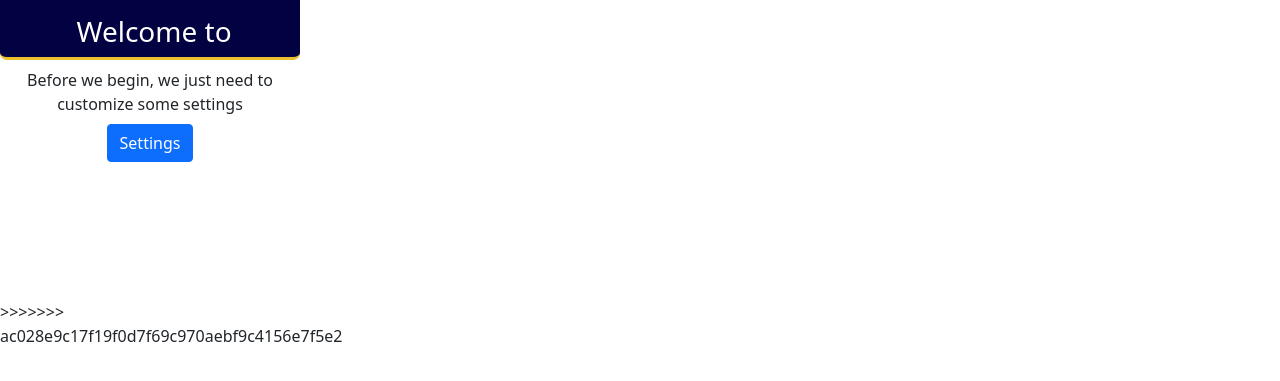
Repository: EvanHughes-dev/StemChronos
Page: StemChronos2.0/Welcome/Welcome.html
An editor plug-in stored every save of this project. The page is shown before and after the next save, followed by the edit.
The browser window is 1280 px wide. The pictures show the whole page.

Above is the page before, as saved 2024-04-23 15:34:34.

### StemChronos2.0/Welcome/Welcome.html
<!Doctype html>
<!--Greeting doc for someone's first time'-->
<html>

<head>
    <meta http-equiv="Content-Security-Policy" content="script-src 'self'; script-src-elem 'self'">
    <link href="welcome.css" rel="stylesheet" type="text/css">
    <link href="../index.css" rel="stylesheet" type="text/css">

    <link href="https://cdn.jsdelivr.net/npm/bootstrap@5.0.2/dist/css/bootstrap.min.css" rel="stylesheet" integrity="sha384-EVSTQN3/azprG1Anm3QDgpJLIm9Nao0Yz1ztcQTwFspd3yD65VohhpuuCOmLASjC" crossorigin="anonymous">
</head>


<body>
    <div class="WelcomeOBJ">
        <center>
            <div name="Header" class="title-row">
                <div>
                    <div class="fs-3 ms-2 mb-2 text-white">Welcome to Chronos</div>
                </div>
            </div>


            <div class="fs-6 my-2 mx-3">

                <div>Before we begin, we just need to customize some settings</div>

                <button id="SettingsBTN" class="btn btn-primary mt-2"> Settings</button>
            </div>
        </center>
    </div>

</body>

<script src="Welcome.js"></script>
>>>>>>> ac028e9c17f19f0d7f69c970aebf9c4156e7f5e2
</html>

### StemChronos2.0/Welcome/welcome.css

body {
    width: 300px;
    height: 300px;
    background-color: #Eeeef3;
    font-size: 20px;
}


.WelcomeOBJ{
    width:100%;
    height:300px;
}

.WelcomeHeader {
    vertical-align: central;
    margin-left: 5px;
    margin-right: 5px;
    margin-top: 0px;
    margin-bottom: 1px;
    background-color: #8e90dc;
    border-bottom: solid;
    border-bottom-color: gold;
    border-radius: 0px 0px 7px 7px;
}
.WelcomeText {
    font-size:26px;
    padding-top:12px;
}
.Info{

}

### StemChronos2.0/index.css
body {
    width: 300px;

    background-color: #Eeeef3;

    font-size: 15px;
}
.title-row {
	width: 100%;

	font-size: 17px;
	padding: 10px;
    height: 60px;
    margin-bottom: 1px;
    background-color: #020141;
    border-bottom: solid;
    border-bottom-color: #EDC02D;
    border-radius: 0px 0px 7px 7px;
}

.title {
	float: left;
	color: white;
	margin: 6.5px 0;
	font-weight: 700;
}

.currentTime {
	float: right;
	font-size: 15px;
    color: whitesmoke;
}

.date {
	float: right;
	font-size: 12px;
	clear: right;
    color: whitesmoke;
}

tr{
font-size: 12px;
}
.CurrentPeriod {
    background-color: #92cbdf;
}

.CurrentPeriod:hover {
    background-color: #51abcb;
}

.TimeRemainingHolder {
    padding-top: 10px;
    padding-bottom: 10px;
    margin-right: 10px;
    margin-left: 10px;
}

.DailyMessageText{
    text-align:center;
}



    .DailyMessage {
        width: 100%;
        height: 100%;
        justify-content: center;
        align-items: center;
        background-color: whitesmoke;
        /* border-bottom: solid 1px gray;
        border-left: solid 1px gray;
        border-radius: 0px 0px 0px 7px; */
        display: block;
    }
.DailyMessageText {
    margin-top: 10px;
    text-align: center;
}

.DailyMessageHeader {
    margin-top:5px;
    text-align: center;
    font-size:20px;
}
.LetterDay {
    margin-top: 5px;
    width: 75px;
    height: 50%;
    margin-left: 5px;
    align-content: center;
    vertical-align: central;
    background-color: lightgray;
}
.LetterDayInside {
    align-content: center;
    vertical-align: central;
    padding: 5px 5px 5px 5px;
}

.navy {
    background-color: #020141;
}



.flex-child {
    flex: 1;

    padding-right:5px;
    padding-left:5px;
}

    .flex-child:first-child {

        flex: 0;

        width: 100%;
        height: 100%;


    }

#FooterTable{
    padding-top: 0px;
    width:100%;
    height: 10px;

}

    #FooterTable th{
        width:50%;
        height:10px;

    }

br{

    margin:0px;
}
.SettingBtn {
    color: #6f7273;
    width: 50%;
    text-decoration: none;
    font-size: 25px;
}
.SettingBtn:hover{
     cursor: pointer;

}

.ReportBtn {
    color: #6f7273;
    width: 50%;
    text-decoration: none;
    font-size: 25px;
}

    .ReportBtn:hover {
        cursor: pointer;
    }





    .TimeLeft{
        margin: 2px;
    }

### StemChronos2.0/Welcome/Welcome.js


function GoToSettings() {
    window.location = "../Settings/Settings.html";

}
document.getElementById('SettingsBTN').addEventListener('click', () => {GoToSettings() })

After the next save:
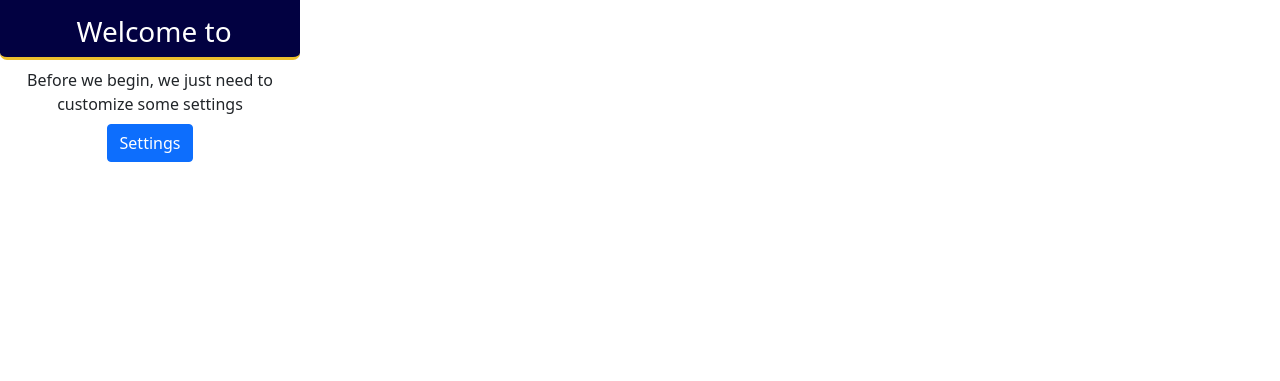
Saved 20 s later.
--- a/StemChronos2.0/Welcome/Welcome.html
+++ b/StemChronos2.0/Welcome/Welcome.html
@@ -33,5 +33,5 @@
 </body>
 
 <script src="Welcome.js"></script>
->>>>>>> ac028e9c17f19f0d7f69c970aebf9c4156e7f5e2
+
 </html>
